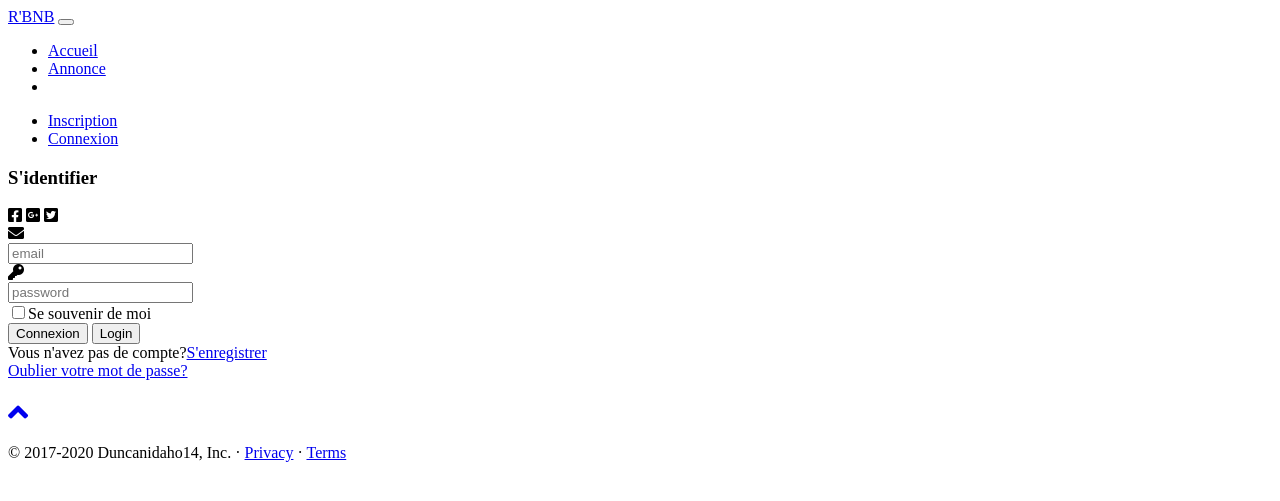
Repository: duncanidaho14/airbnb
Page: templates/account/logindeux.html.twig
An editor plug-in stored every save of this project. The page is shown before and after the next save, followed by the edit.
The browser window is 1280 px wide. The pictures show the whole page.
Some web libraries are served in a nearby version. The page is a Twig template of a Symfony application; nobody is signed in and links lead nowhere. The template is opened directly, without the code that normally fills it, so the values that code supplies are empty.

Above is the page before, as saved 2020-10-11 12:11:58.

After the next save:
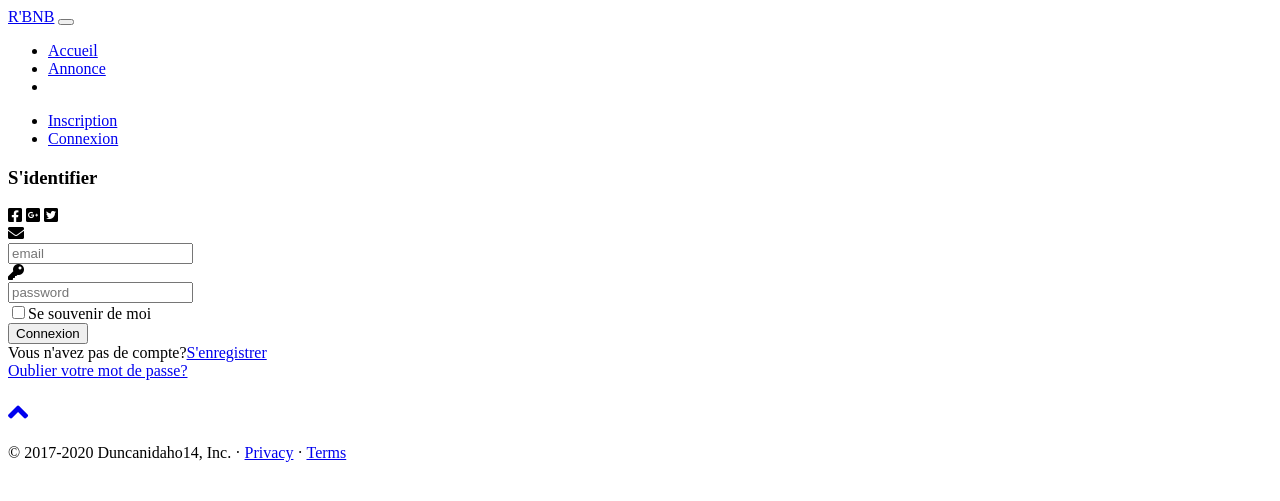
Saved 5 s later.
--- a/templates/account/logindeux.html.twig
+++ b/templates/account/logindeux.html.twig
@@ -38,7 +38,7 @@
 					</div>
 					<div class="form-group">
                         <button type="submit" class="btn float-right login_btn">Connexion</button>
-						<input type="submit" value="Login" class="btn float-right login_btn">
+
 					</div>
 				</form>
 			</div>
